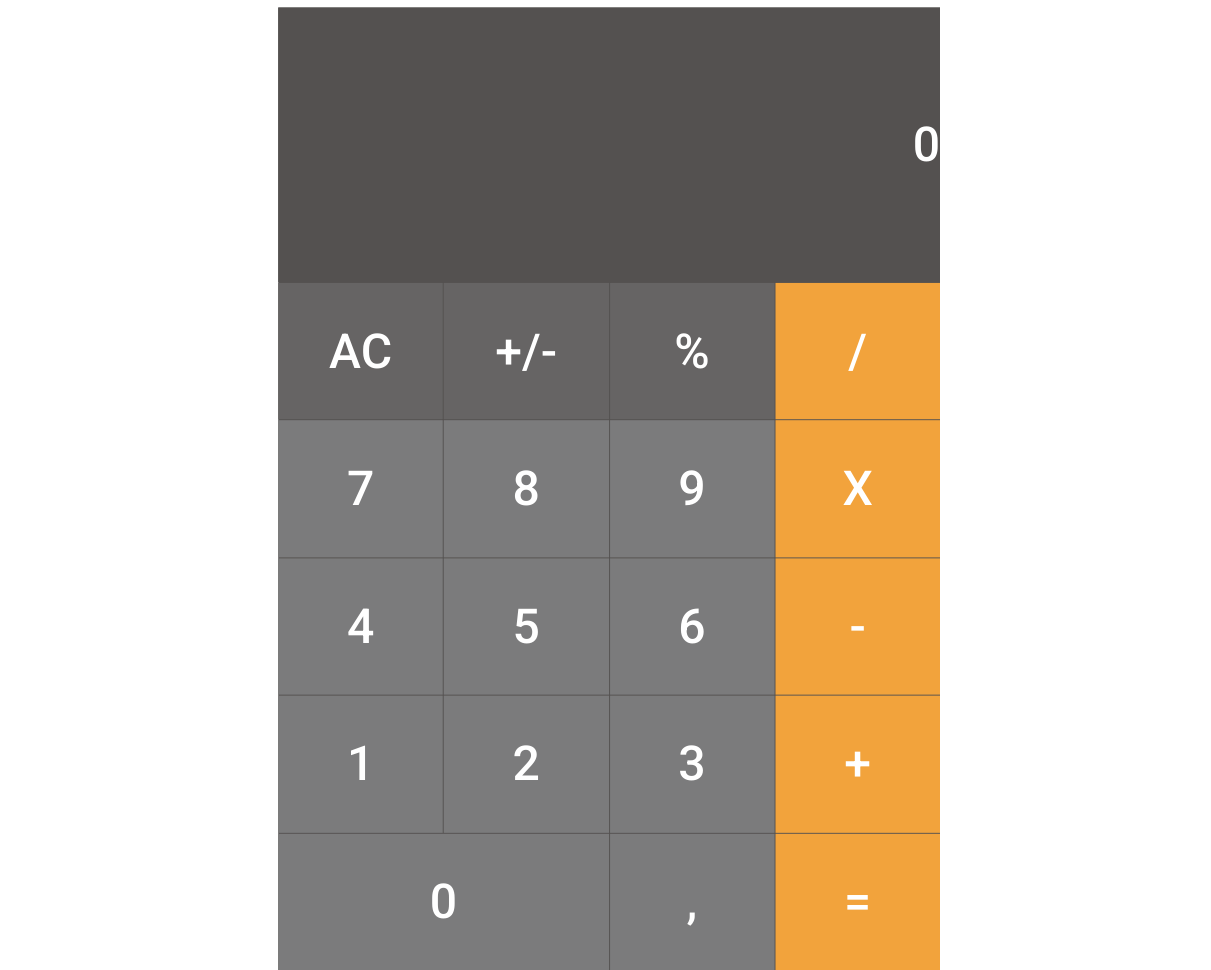
Repository: maciekto/calculatorOOP
Page: index.html
An editor plug-in stored every save of this project. The page is shown before and after the next save, followed by the edit.
The browser window is 1280 px wide. The page is 1288 px wide, so the pictures cover 1288 px, including what lies to the right of the window. The pictures show the whole page, at 94% of full size.

Above is the page before, as saved 2022-06-19 19:03:18.

### index.html
<!DOCTYPE html>
<html lang="en">
<head>
    <meta charset="UTF-8">
    <meta http-equiv="X-UA-Compatible" content="IE=edge">
    <meta name="viewport" content="width=device-width, initial-scale=1.0">
    <title>Document</title>
    <link rel="stylesheet" href="css.css">


</head>
<body>
    <main>
        <div class="Calc">
            <div class="Calc__result">0</div>

            <div class="Calc__reset">
                AC
            </div>
            <div class="Calc__opposite">
                +/-
            </div>
            <div class="Calc__percentages">
                %
            </div>
            <div class="Calc__divide">
                /
            </div>

            <div class="Calc__7">7</div>
            <div class="Calc__8">8</div>
            <div class="Calc__9">9</div>
            <div class="Calc__multiply">
                X
            </div>

            <div class="Calc__4">4</div>
            <div class="Calc__5">5</div>
            <div class="Calc__6">6</div>
            <div class="Calc__substraction">
                -
            </div>

            <div class="Calc__1">1</div>
            <div class="Calc__2">2</div>
            <div class="Calc__3">3</div>
            <div class="Calc__addition">
                +
            </div>

            <div class="Calc__0">0</div>
            <div class="Calc__comma">,</div>
            <div class="Calc__isequal">
                =
            </div>

        </div>
    </main>

    <script src="js.js"></script>
</body>
</html>

### css.css
@import url('https://fonts.googleapis.com/css2?family=Roboto:wght@400;500;700&display=swap');

* {
    font-family: 'Roboto', sans-serif;
    font-weight: 500;
    box-sizing: border-box;
}

main {
    width: 100vw;
    height: 100vh;
    display: grid;
    place-items: center;
}

.Calc {
    max-width: 60vw;
    width: 55vw;
    height: 80vw;
    background: #545150;
    color: white;
    display: grid;
    grid-template-columns: repeat(4, 1fr);
    grid-template-rows: repeat(7, 1fr);
    grid-template-areas:
    "result result result result"
    "result result result result"
    "reset opposite percentages divide"
    "seven eight nine multiply"
    "four five six substraction"
    "one two three addition"
    "zero zero comma isequal"
    ;
    grid-gap: 1px;
    font-size: 4vw;
}
.Calc div {
    display: grid;
    place-items: center;
    background: #7b7b7c;
}
.Calc__result {
    grid-area: result;
    background: #545150 !important;
    display: flex !important;
    place-items: none !important;
    justify-content: flex-end;
    align-items: flex-end;
}
.Calc__reset {
    background: #666464 !important;
}
.Calc__opposite {
    background: #666464 !important;
}
.Calc__percentages {
    background: #666464 !important;
}
.Calc__divide {
    background: #f2a33c !important;
}
.Calc__multiply {
    background: #f2a33c !important;
}
.Calc__substraction {
    background: #f2a33c !important;
}
.Calc__addition {
    background: #f2a33c !important;
}
.Calc__isequal {
    background: #f2a33c !important;
}


.Calc__0 {
    grid-area: zero;
}

### js.js
console.log('siemano')

After the next save:
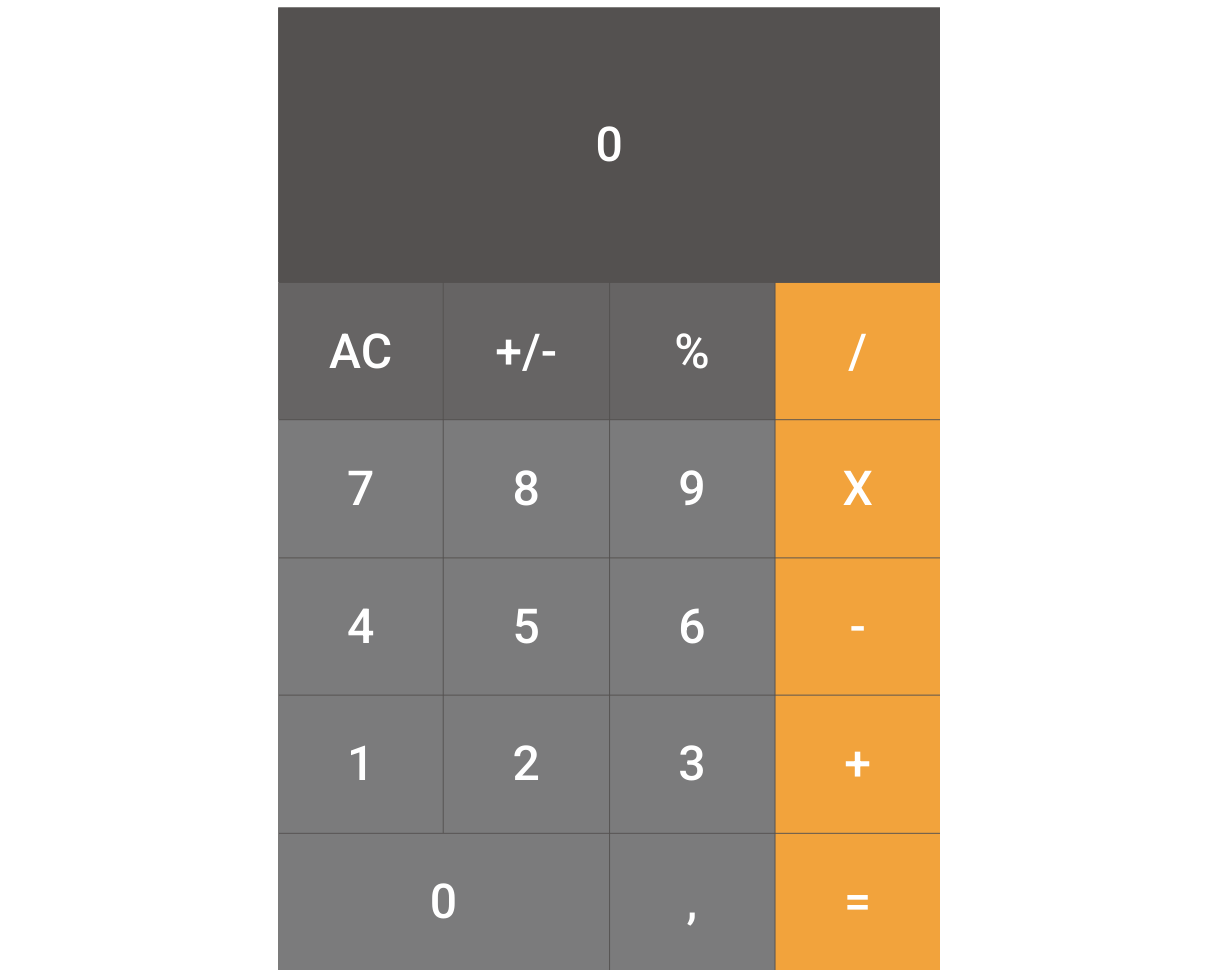
Saved 25 s later.
--- a/css.css
+++ b/css.css
@@ -42,10 +42,7 @@ main {
 .Calc__result {
     grid-area: result;
     background: #545150 !important;
-    display: flex !important;
-    place-items: none !important;
-    justify-content: flex-end;
-    align-items: flex-end;
+    place-items: end end;
 }
 .Calc__reset {
     background: #666464 !important;
